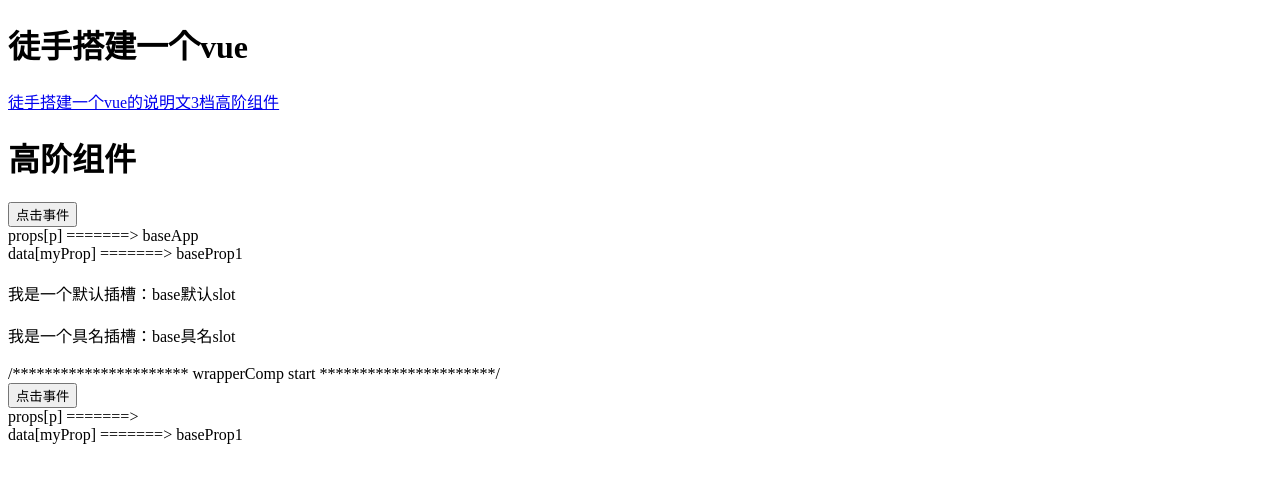
Repository: yuWhy/vue-build-cli
Page: /#/hightOrderComponents
An editor plug-in stored every save of this project. The page is shown before and after the next save, followed by the edit.
The browser window is 1280 px wide. The pictures show the whole page.
The project was rebuilt for these pictures with package versions that can differ from the ones it lists, and the page was loaded fresh each time. Also part of the build but not shown: webpack.config.js, src/router/index.js.

Above is the page before, as saved 2021-02-22 09:42:05.

After the next save:
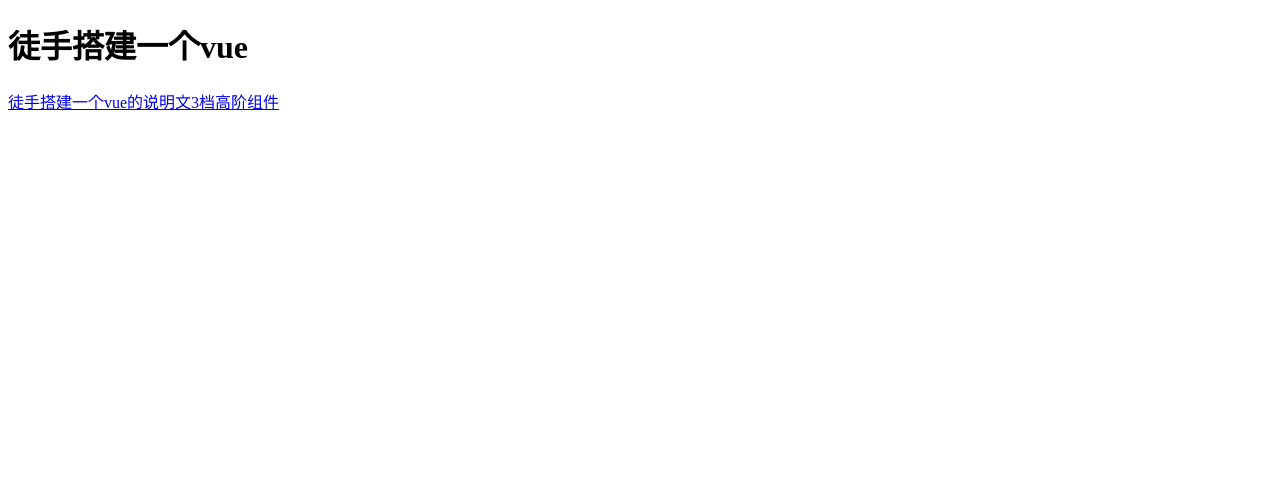
Saved 44 s later.
--- a/src/pages/HightOrderComponents/index.vue
+++ b/src/pages/HightOrderComponents/index.vue
@@ -22,7 +22,7 @@
 <script>
 import baseComp from './components/baseComp.vue'
 import hoc from './components/hoc.js'
-const wrapperComp = hoc(baseComp)
+const wrapperComp = Wrapper(baseComp)
 export default {
   name: 'hightOrderComponents',
   components: { baseComp, wrapperComp },

After the save that followed:
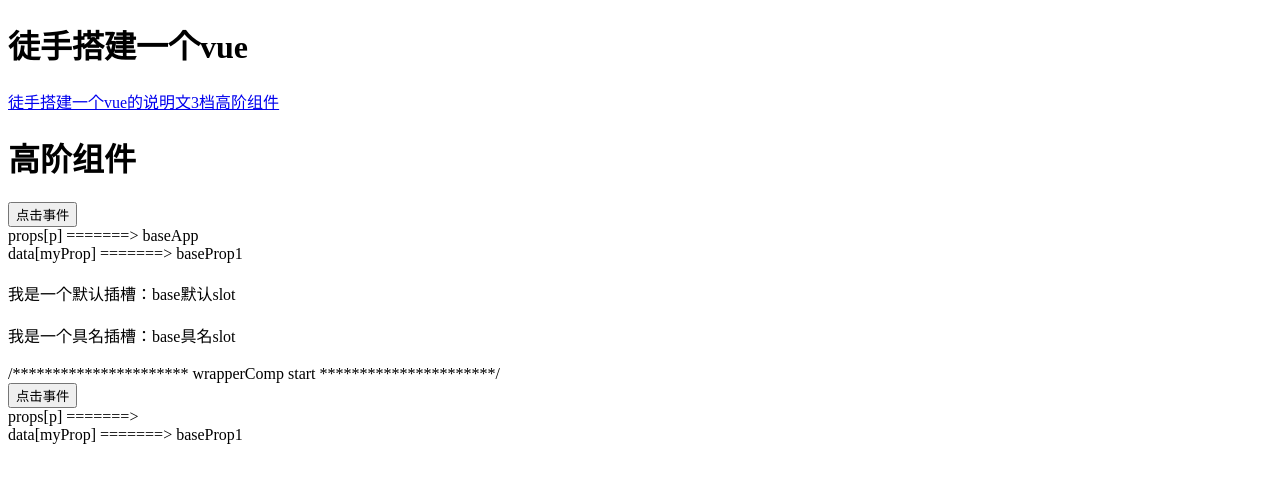
Saved 7 s later.
--- a/src/pages/HightOrderComponents/index.vue
+++ b/src/pages/HightOrderComponents/index.vue
@@ -21,7 +21,7 @@
 
 <script>
 import baseComp from './components/baseComp.vue'
-import hoc from './components/hoc.js'
+import Wrapper from './components/hoc.js'
 const wrapperComp = Wrapper(baseComp)
 export default {
   name: 'hightOrderComponents',
